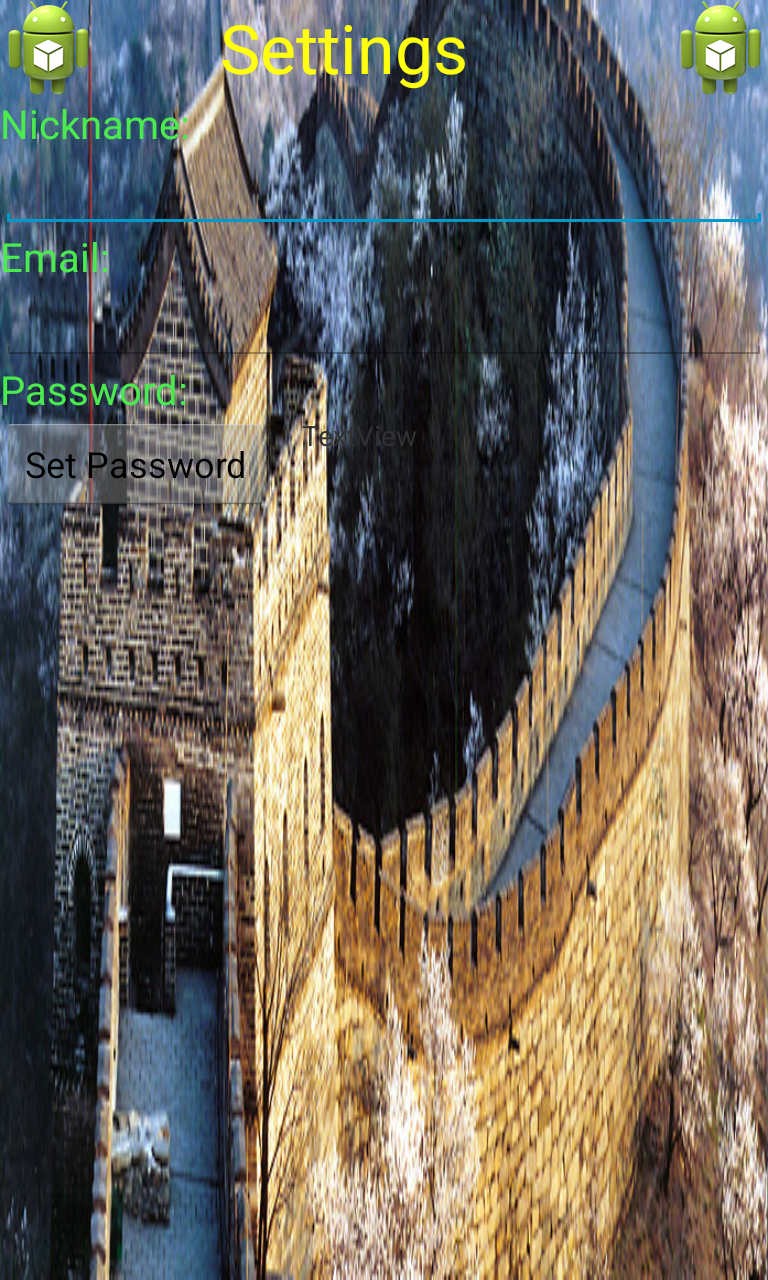
Repository: wzbbbb/bkp_home
Layout: java/BeenThere,DoneThat!/res/layout/activity_quitzsettings.xml
The author's editor kept a copy of each file at every save. The layout is drawn from the files as they stood at one save, then again after the next save.
It is drawn on a 768 x 1280 px phone screen (xhdpi) without system bars, with theme AppTheme; the app's code is not run.

Above is the layout before, as saved 2013-09-26 01:11:12.

After the next save:
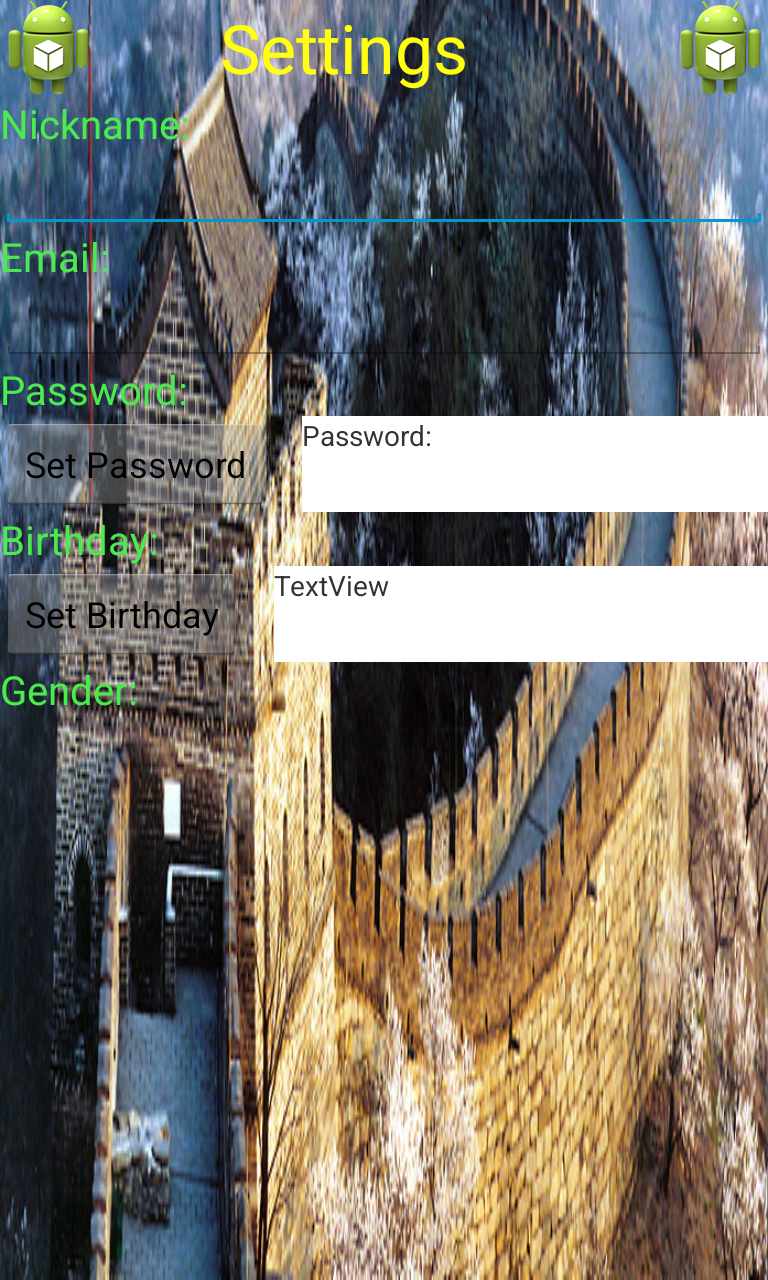
Saved 5 min 41 s later.
--- a/java/BeenThere,DoneThat!/res/layout/activity_quitzsettings.xml
+++ b/java/BeenThere,DoneThat!/res/layout/activity_quitzsettings.xml
@@ -105,9 +105,47 @@
                     android:id="@+id/pwdView"
                     android:layout_width="match_parent"
                     android:layout_height="match_parent"
+                    android:background="@android:color/background_light"
+                    android:text="@string/password" />
+
+            </LinearLayout>
+
+            <TextView
+                android:id="@+id/textView5"
+                android:layout_width="wrap_content"
+                android:layout_height="wrap_content"
+                android:text="@string/birthday"
+                android:textColor="@color/selected"
+                android:textSize="@dimen/header" />
+
+            <LinearLayout
+                android:layout_width="match_parent"
+                android:layout_height="wrap_content" >
+
+                <Button
+                    android:id="@+id/button2"
+                    android:layout_width="wrap_content"
+                    android:layout_height="wrap_content"
+                    android:layout_marginRight="@dimen/activity_horizontal_margin"
+                    android:text="@string/but_BD" />
+
+                <TextView
+                    android:id="@+id/BdayView"
+                    android:layout_width="match_parent"
+                    android:layout_height="match_parent"
+                    android:layout_gravity="right"
+                    android:background="@android:color/background_light"
                     android:text="TextView" />
 
             </LinearLayout>
+
+            <TextView
+                android:id="@+id/genderView"
+                android:layout_width="wrap_content"
+                android:layout_height="wrap_content"
+                android:text="@string/gender"
+                android:textColor="@color/selected"
+                android:textSize="@dimen/header" />
 
         </LinearLayout>
     </ScrollView>
